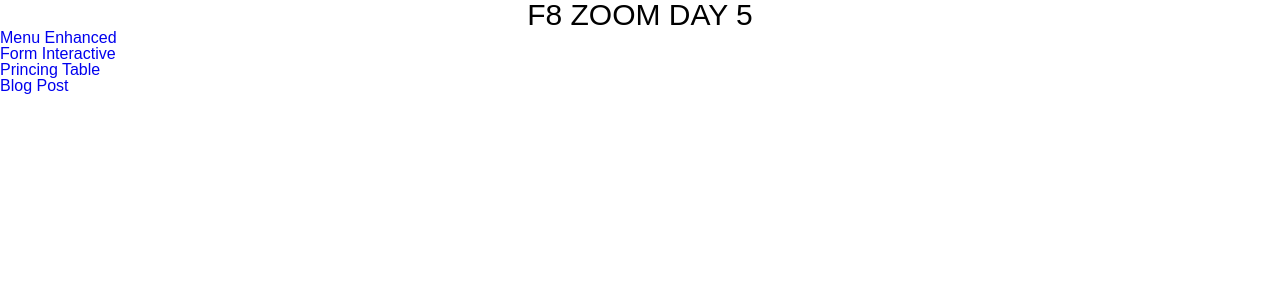
Repository: lannguyen1301/f8-zoom-day-5
Page: index.html
These files come from the project's save history. The page is drawn as it stood at one moment and after a run of saves; the edit follows.
The browser window is 1280 px wide. The pictures show the whole page.

Above is the page before, as saved 2025-04-21 13:00:47.

After the next 10 saves:
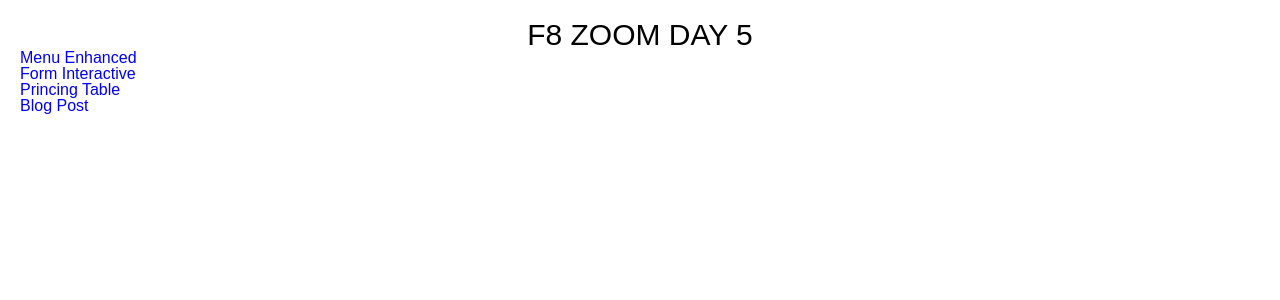
The 10 saves are shown as one change because they came seconds apart.
The last was saved 27 s later.
--- a/assets/css/style.css
+++ b/assets/css/style.css
@@ -17,7 +17,8 @@
 }
 
 .inner {
-
+    margin: 0 auto;
+    padding: 20px;
 }
 
 .title-desc {
